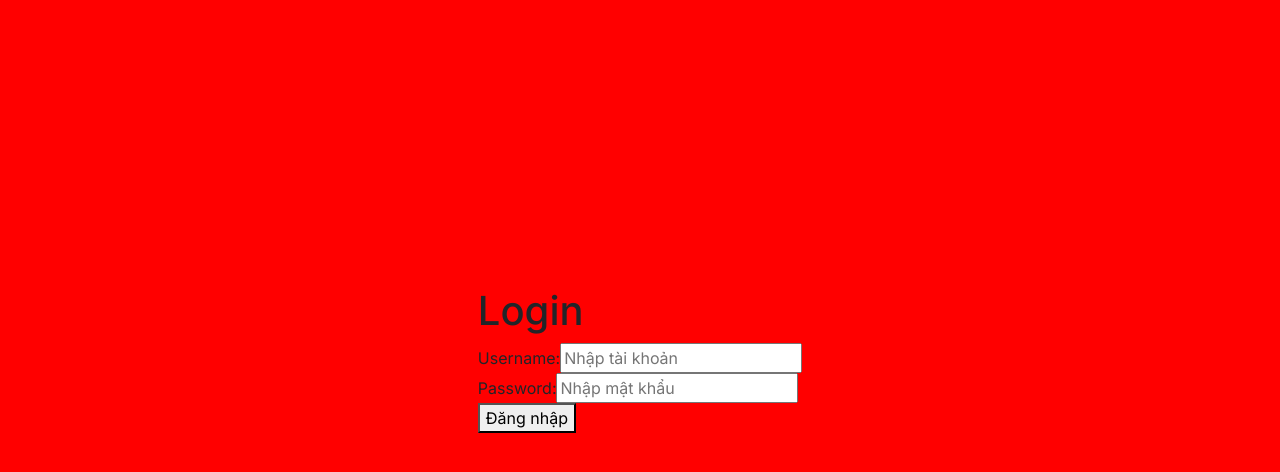
Repository: nghiakma/RFID-RFID-Attendance-System-using-ESP32-Nodejs-Reactjs-Nextjs-
Page: / (app in attendance/)
An editor plug-in stored every save of this project. The page is shown before and after the next save, followed by the edit.
The browser window is 1280 px wide. The pictures show the whole page.
The page's requests for data from a server got no answer. The project was rebuilt for these pictures with package versions that can differ from the ones it lists, and the page was loaded fresh each time. The framework's server and built-in components were replaced by stand-ins that run in the browser. No one was signed in, and anything a server would have sent is missing. Also part of the build but not shown: attendance/next.config.js, attendance/src/styles/home-page.module.css, attendance/src/styles/tab-home.module.css, attendance/src/pages/api/convert-time.js, attendance/src/pages/api/networking.js, attendance/src/pages/tab-home.js, attendance/src/styles/tab-history.module.css, attendance/src/pages/tab-history.js and 6 more.

Above is the page before, as saved 2023-12-21 14:46:07.

After the next save:
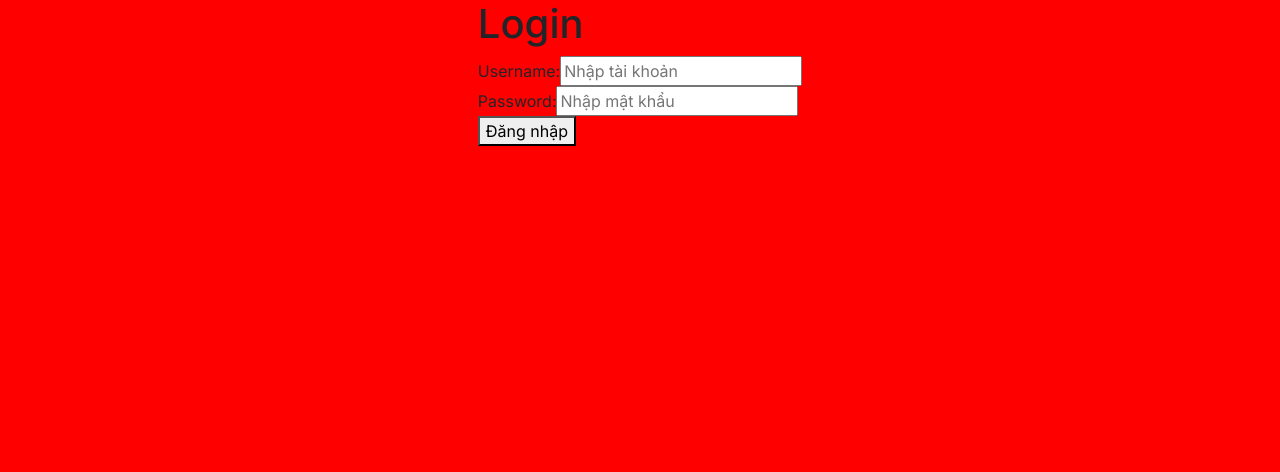
Saved 39 s later.
--- a/attendance/src/pages/login-page.js
+++ b/attendance/src/pages/login-page.js
@@ -6,10 +6,12 @@ const Login = () => {
     return (
         <div
             style={{
-                backgroundColor: 'red', height: '100vh', display: 'flex',
+                backgroundColor: 'red', height: '100vh'
+            }}>
+            <div style={{
+                display: 'flex',
                 alignItems: 'center', justifyContent: 'center'
             }}>
-            <div className="login-container">
                 <div className="login-content">
                     <h1 className="login-title">Login</h1>
                     <div className="login-handle">
